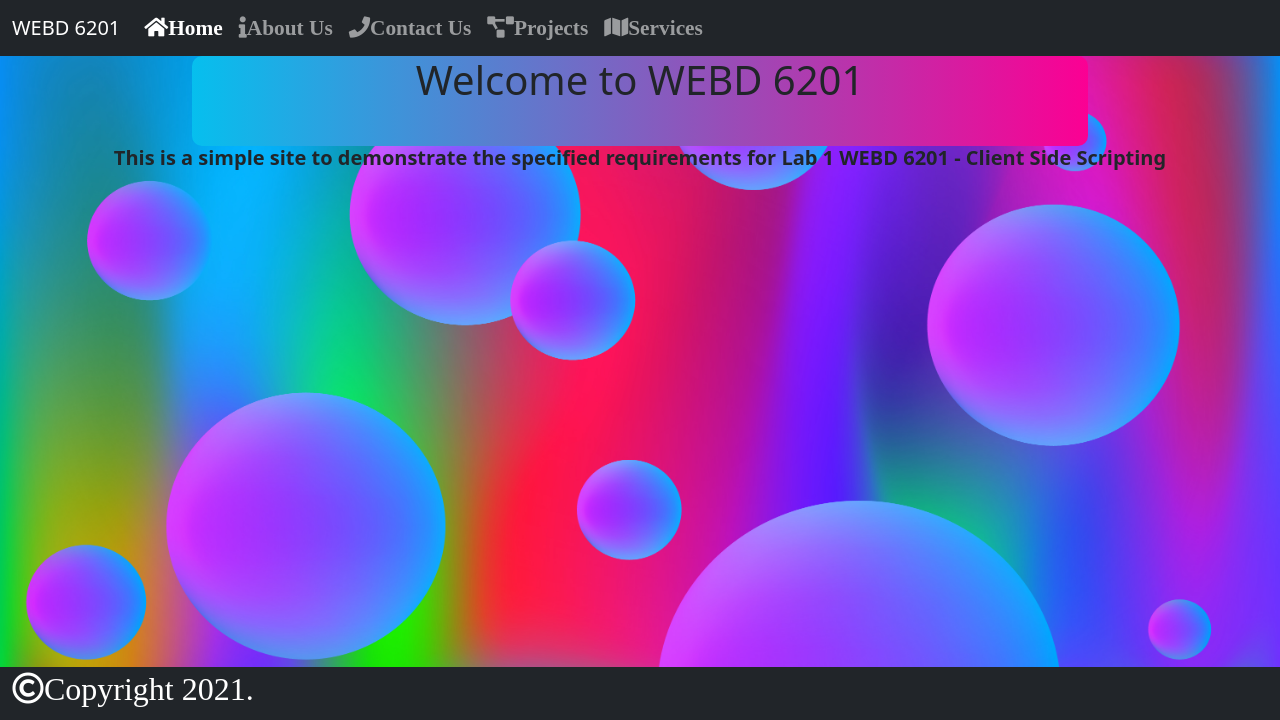
Repository: vans12345678/WEBD6201-W2021-Lab1
Page: index.html
These files come from the project's save history. The page is drawn as it stood at one moment and after the next save; the edit follows.
The browser window is 1280 px wide. The pictures show the whole page.

Above is the page before, as saved 2021-02-04 18:59:25.

After the next save:
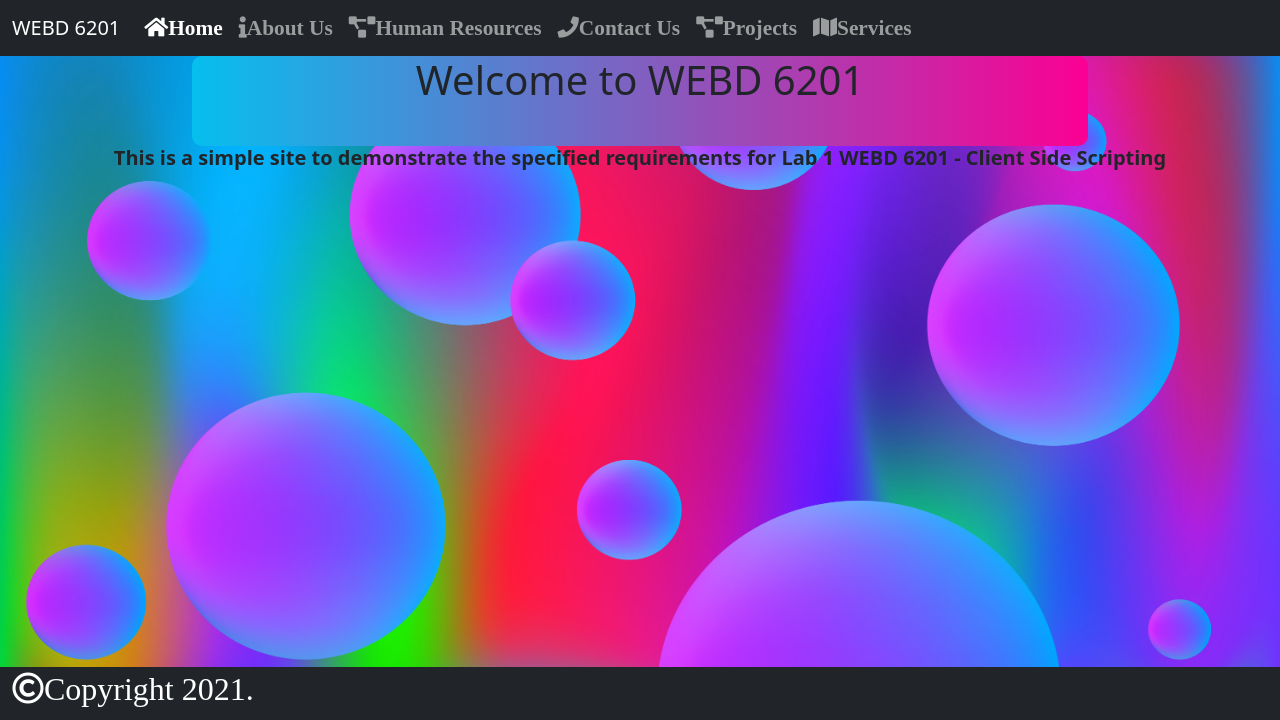
Saved 10 s later.
--- a/Scripts/app.js
+++ b/Scripts/app.js
@@ -27,6 +27,7 @@
         if(document.title === "Human Resources"){
             hrListItem.innerHTML = `<a class="nav-link active" aria-current="page" href="human-resources.html"><i id ="navHumanResources" class ="fas fa-project-diagram fa-lg">Human Resources</i></a>`;
         }
+        hrListItem.innerHTML = `<a class="nav-link" aria-current="page" href="human-resources.html"><i id ="navHumanResources" class ="fas fa-project-diagram fa-lg">Human Resources</i></a>`;
 
         navAboutElement.after(hrListItem);
 
